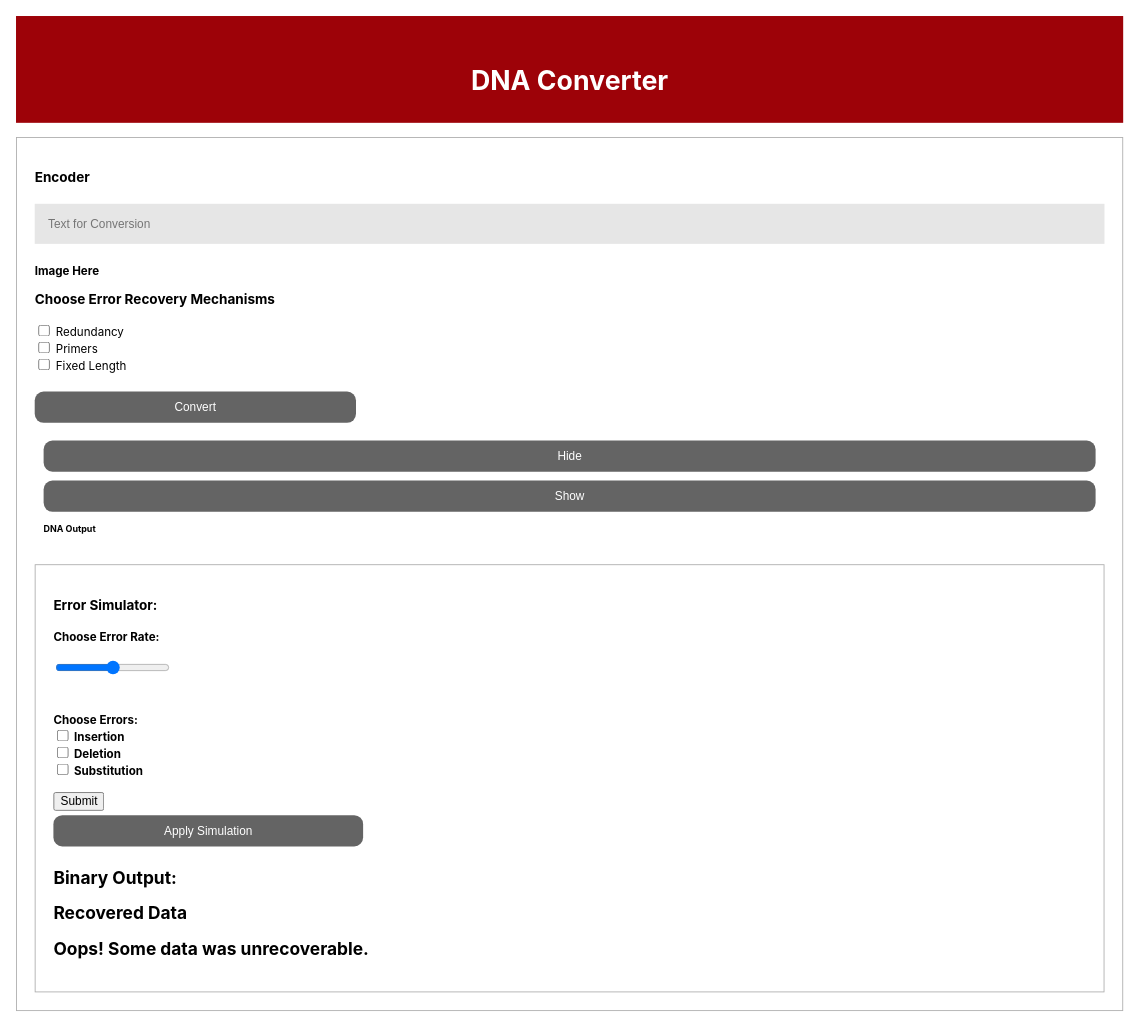
Repository: komalharjani/MSc-Thesis-DNA-Storage
Page: index.html
An editor plug-in stored every save of this project. The page is shown before and after a run of saves, followed by the edit.
The browser window is 1280 px wide. The pictures show the whole page, at 89% of full size.

Above is the page before, as saved 2020-08-16 22:32:05.

After the next 2 saves:
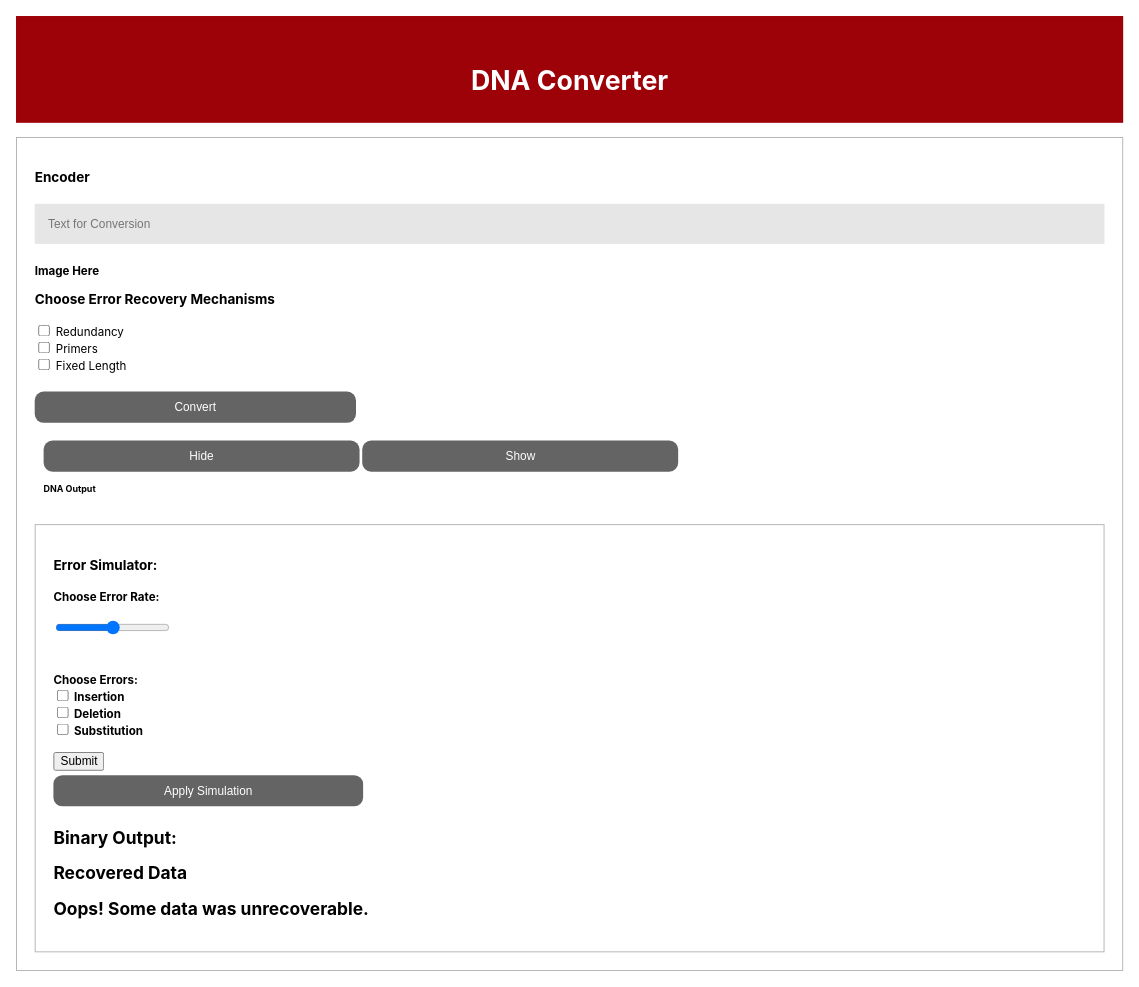
The 2 saves are shown as one change because they came seconds apart.
The last was saved 7 s later.
--- a/index.css
+++ b/index.css
@@ -129,8 +129,6 @@
 /* Set a style for all buttons */
 .button {
   color: rgb(255, 255, 255);
-  padding: 10px;
-  width: 100%;
   border: none;
   border-radius: 10px;
 }

After the 2 saves that followed:
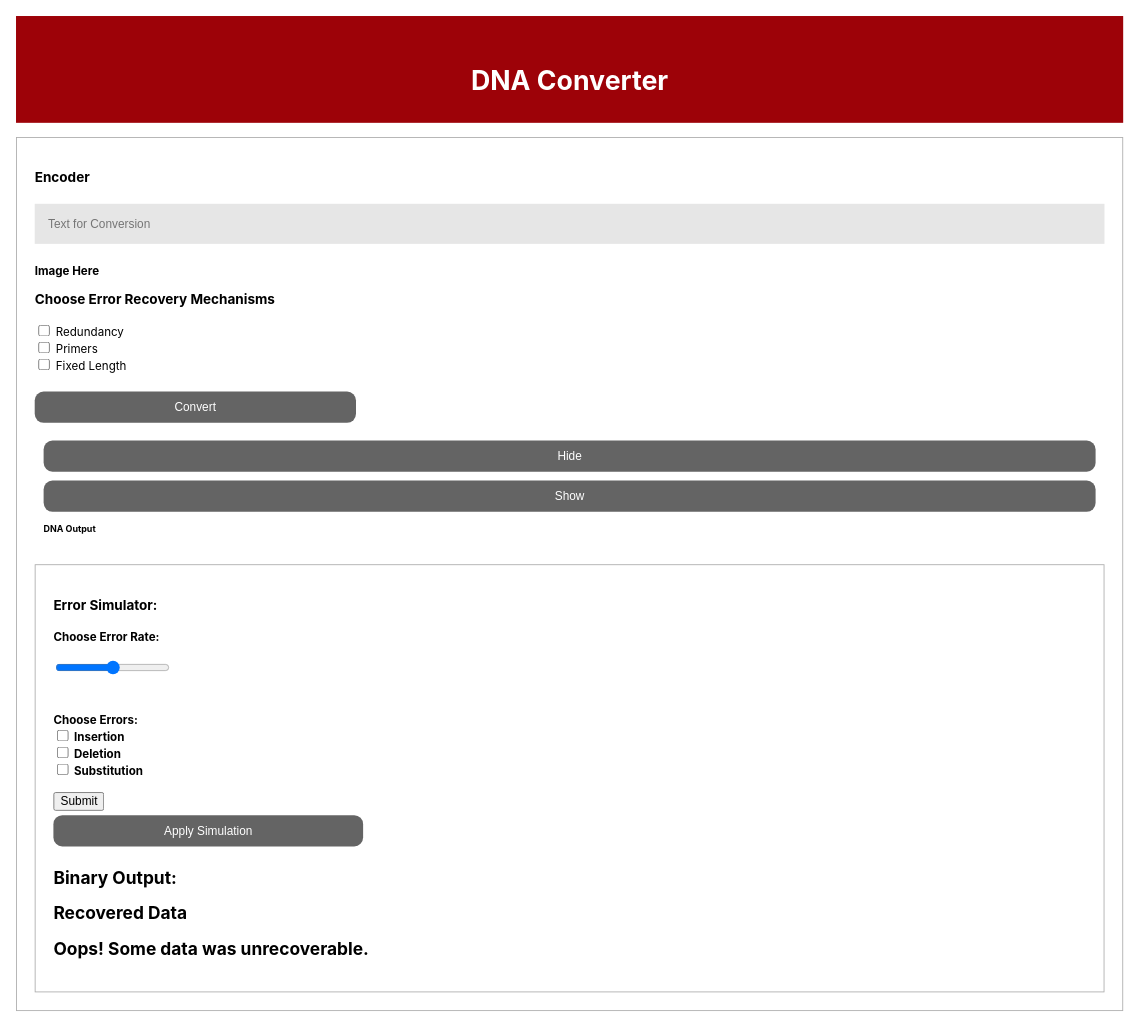
The 2 saves are shown as one change because they came seconds apart.
The last was saved 8 s later.
--- a/index.css
+++ b/index.css
@@ -129,6 +129,8 @@
 /* Set a style for all buttons */
 .button {
   color: rgb(255, 255, 255);
+  padding: 10px;
+  width: 100%;
   border: none;
   border-radius: 10px;
 }
